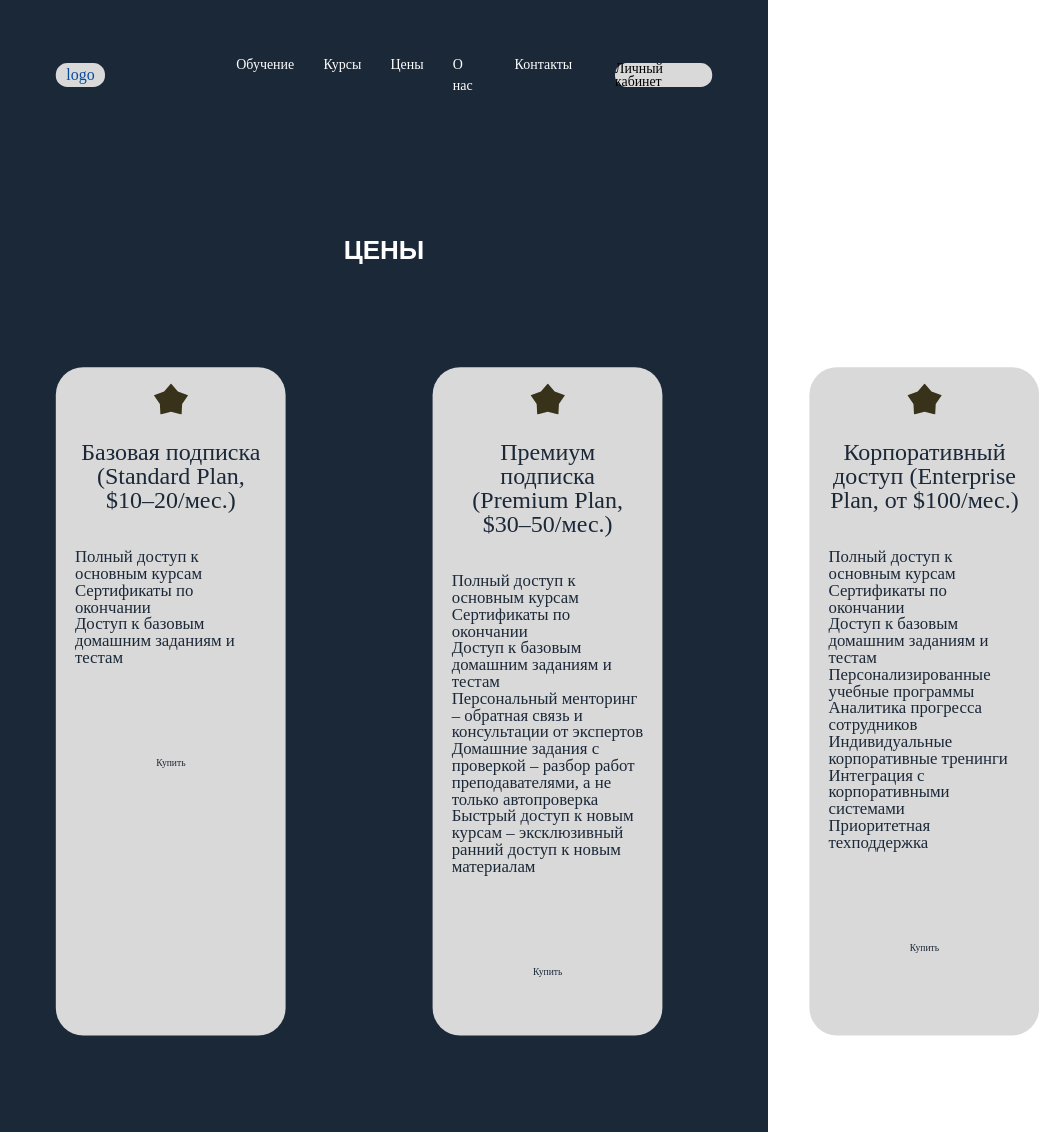
Repository: marjango/course
Page: /pricepage
The author's editor kept a copy of each file at every save. The page is drawn from the files as they stood at one save, then again after the next save.
The browser window is 1280 px wide. The page is 1732 px wide, so the pictures cover 1732 px, including what lies to the right of the window. The pictures show the whole page, at 60% of full size.
The project was rebuilt for these pictures with package versions that can differ from the ones it lists, and the page was loaded fresh each time. The framework's server and built-in components were replaced by stand-ins that run in the browser. Also part of the build but not shown: next.config.ts.

Above is the page before, as saved 2025-03-26 21:05:22.

After the next save:
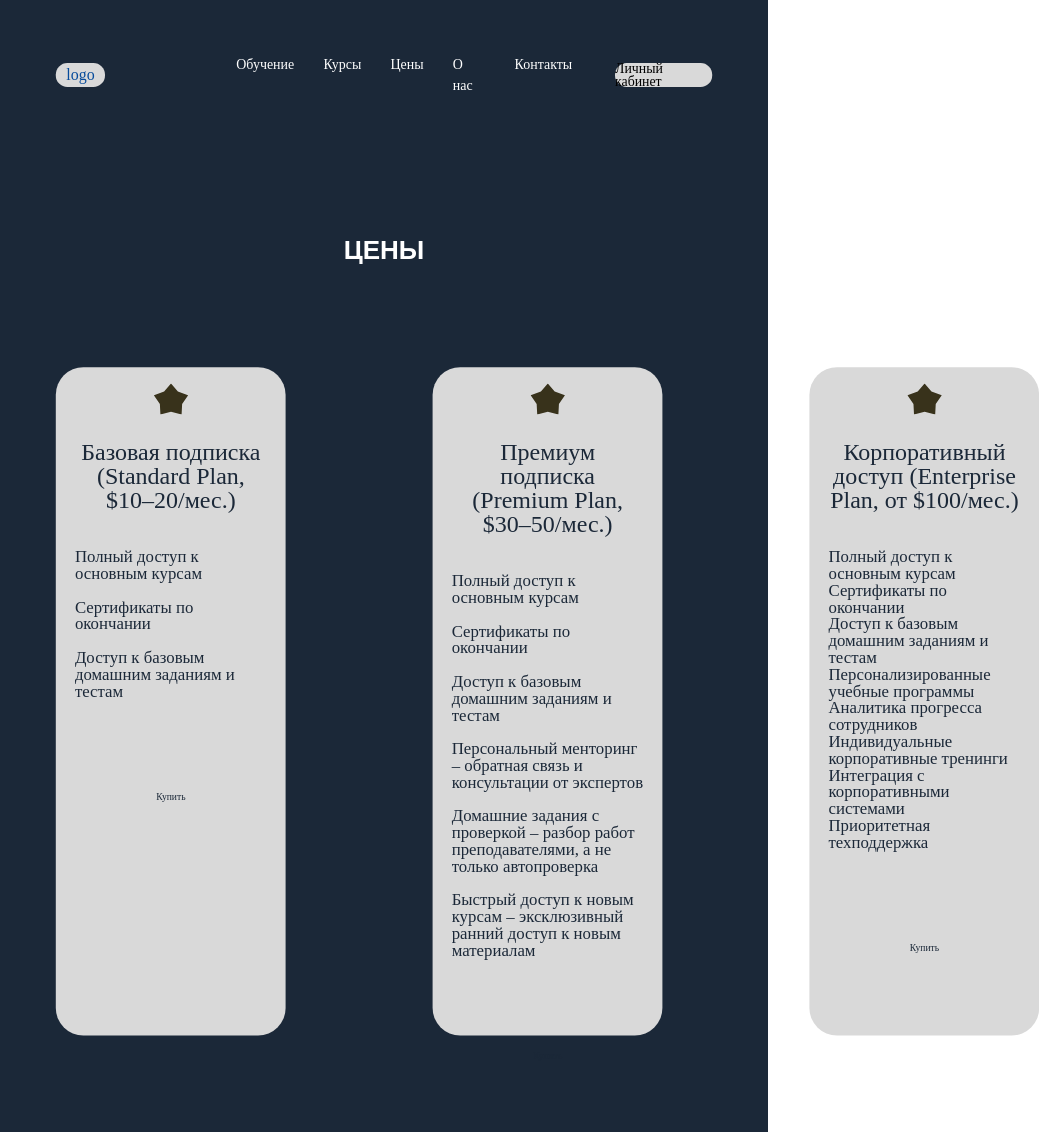
Saved 27 s later.
--- a/app/pricepage/page.tsx
+++ b/app/pricepage/page.tsx
@@ -32,7 +32,9 @@ const pricepage = () => {
         <h3>Базовая подписка (Standard Plan, $10–20/мес.)</h3>
         <ul>
           <li>Полный доступ к основным курсам</li>
+          <br />
           <li>Сертификаты по окончании</li>
+          <br />
           <li>Доступ к базовым домашним заданиям и тестам</li>
         </ul>
         <button>Купить</button>
@@ -42,15 +44,20 @@ const pricepage = () => {
         <h3>Премиум подписка (Premium Plan, $30–50/мес.)</h3>
         <ul>
           <li>Полный доступ к основным курсам</li>
+          <br />
           <li>Сертификаты по окончании</li>
+          <br />
           <li>Доступ к базовым домашним заданиям и тестам</li>
+          <br />
           <li>
             Персональный менторинг – обратная связь и консультации от экспертов
           </li>
+          <br />
           <li>
             Домашние задания с проверкой – разбор работ преподавателями, а не
             только автопроверка{" "}
           </li>
+          <br />
           <li>
             Быстрый доступ к новым курсам – эксклюзивный ранний доступ к новым
             материалам
